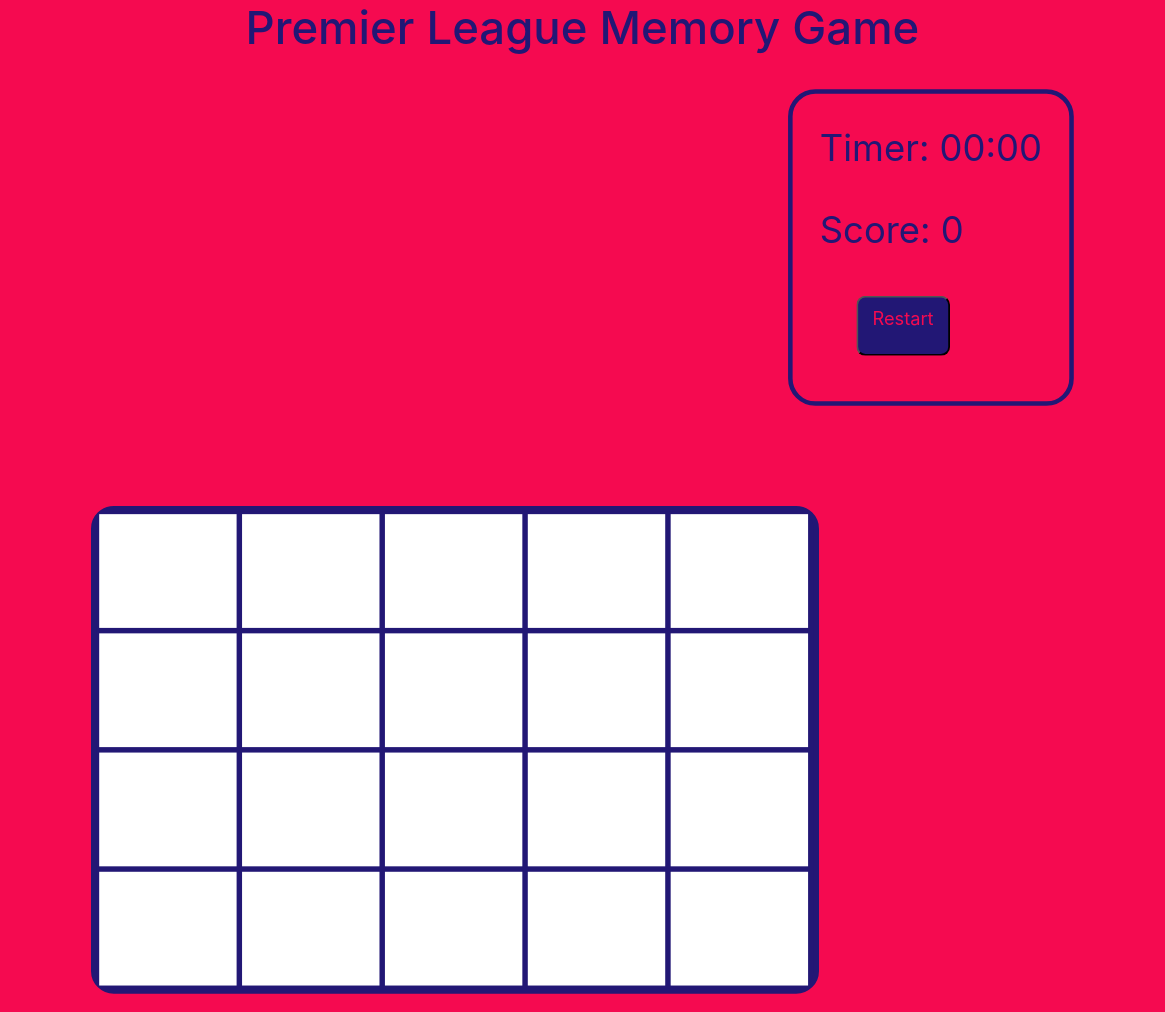
Repository: IchaTreasure/Premier-League-Memory-Game-
Page: index.html
The author's editor kept a record of every edit. The page is drawn from the files as they stood at one moment, then again after the next edit.
The browser window is 1280 px wide. The pictures show the whole page, at 91% of full size.
Some web libraries are served in a nearby version.

Above is the page before.
Console error: TypeError: Cannot read properties of null (reading 'addEventListener')

### index.html
<!DOCTYPE html>
<html lang="en">

<head>
    <meta charset="UTF-8">
    <meta name="viewport" content="width=device-width, initial-scale=1.0">
    <meta http-equiv="X-UA-Compatible" content="ie=edge">

    <link rel="stylesheet" href="https://maxcdn.bootstrapcdn.com/bootstrap/4.1.3/css/bootstrap.min.css">
    <link rel="stylesheet" href="https://use.fontawesome.com/releases/v5.6.1/css/all.css" integrity="sha384-gfdkjb5BdAXd+lj+gudLWI+BXq4IuLW5IT+brZEZsLFm++aCMlF1V92rMkPaX4PP" crossorigin="anonymous">
    <link rel="stylesheet" href="https://stackpath.bootstrapcdn.com/bootstrap/4.3.1/css/bootstrap.min.css" type="text/css" />
    <link rel="stylesheet" href="https://stackpath.bootstrapcdn.com/font-awesome/4.7.0/css/font-awesome.min.css" type="text/css" />
    <link rel="stylesheet" href="https://cdnjs.cloudflare.com/ajax/libs/hover.css/2.3.1/css/hover-min.css" type="text/css" />
    <link href="https://fonts.googleapis.com/css?family=Roboto:400,700" rel="stylesheet">
    <link rel="canonical" href="https://getbootstrap.com/docs/4.3/examples/starter-template/">



    <link rel="stylesheet" href="styles.css" type="text/css" />
    <title>Premier League Memory Game</title>
</head>

<body>
    <!-- Title of the the game -->
    <h1 style="color: #221775; text-align: center; font-size: 50px;">
        Premier League Memory Game
    </h1>

    <!-- div for info about the current status of the game i.e time, score, flips -->
    <div class="game-info">

        <!-- div to show timer -->
        <div class="game-timer">
            <span>Timer:</span>
            <span>00:00</span>
        </div>

        <!-- div to show currnet score -->
        <div id="game-score">
        <span>Score:</span>
        <span>0</span>
        </div>

        <!-- div to reset the game -->
        <button class="reset-game btn-lg active">
       <p style="color: #f50a50;">Restart</p>
        </button>

    </div>

    <!-- div for the 4x5 Memory game -->
    <div id="game-container">

        <!-- div for the front and back images of the cards , coppied 20 time because its a 4x5 -->
        <div id="memory-card1" class="memory-card">
            <div id="back-card1" class="back-card">
                <img src="Images/manunited.jpg"></img>
            </div>
            <div id="front-card1" class="front-card">

            </div>
        </div>

        <!-- div for the front and back images of the cards , coppied 20 time because its a 4x5 -->
        <div id="memory-card2" class="memory-card">
            <div id="back-card2" class="back-card">
                <img src="Images/Mancity.png"></img>
            </div>
            <div id="front-card2" class="front-card">

            </div>
        </div>

        <!-- div for the front and back images of the cards , coppied 20 time because its a 4x5 -->
        <div id="memory-card3" class="memory-card">
            <div id="back-card3" class="back-card">
                <img src="Images/leicester.jpg"></img>
            </div>
            <div id="front-card3" class="front-card">

            </div>
        </div>

        <!-- div for the front and back images of the cards , coppied 20 time because its a 4x5 -->
        <div id="memory-card4" class="memory-card">
            <div id="back-card4" class="back-card">
                <img src="Images/Everton.png"></img>
            </div>
            <div id="front-card4" class="front-card">

            </div>
        </div>

        <!-- div for the front and back images of the cards , coppied 20 time because its a 4x5 -->
        <div id="memory-card5" class="memory-card">
            <div id="back-card5" class="back-card">
                <img src="Images/chelsea.png"></img>
            </div>
            <div id="front-card5" class="front-card">

            </div>
        </div>

        <!-- div for the front and back images of the cards , coppied 20 time because its a 4x5 -->
        <div id="memory-card6" class="memory-card">
            <div id="back-card6" class="back-card">
                <img src="Images/Watford.png"></img>
            </div>
            <div id="front-card6" class="front-card">

            </div>
        </div>

        <!-- div for the front and back images of the cards , coppied 20 time because its a 4x5 -->
        <div id="memory-card7" class="memory-card">
            <div id="back-card7" class="back-card">
                <img src="Images/west-ham.png"></img>
            </div>
            <div id="front-card7" class="front-card">

            </div>
        </div>

        <!-- div for the front and back images of the cards , coppied 20 time because its a 4x5 -->
        <div id="memory-card8" class="memory-card">
            <div id="back-card8" class="back-card">
                <img src="Images/bournemouth.jpg"></img>
            </div>
            <div id="front-card8" class="front-card">

            </div>
        </div>

        <!-- div for the front and back images of the cards , coppied 20 time because its a 4x5 -->
        <div id="memory-card9" class="memory-card">
            <div id="back-card9" class="back-card">
                <img src="Images/Burnley.png"></img>
            </div>
            <div id="front-card9" class="front-card">

            </div>
        </div>

        <!-- div for the front and back images of the cards , coppied 20 time because its a 4x5 -->
        <div id="memory-card10" class="memory-card">
            <div id="back-card10" class="back-card">
                <img src="Images/crystal_pal.png"></img>
            </div>
            <div id="front-card10" class="front-card">

            </div>
        </div>

        <!-- div for the front and back images of the cards , coppied 20 time because its a 4x5 -->
        <div id="memory-card11" class="memory-card">
            <div id="back-card11" class="back-card">
                <img src="Images/manunited.jpg"></img>
            </div>
            <div id="front-card11" class="front-card">

            </div>
        </div>

        <!-- div for the front and back images of the cards , coppied 20 time because its a 4x5 -->
        <div id="memory-card12" class="memory-card">
            <div id="back-card12" class="back-card">
                <img src="Images/Watford.png"></img>
            </div>
            <div id="front-card12" class="front-card">

            </div>
        </div>

        <!-- div for the front and back images of the cards , coppied 20 time because its a 4x5 -->
        <div id="memory-card13" class="memory-card">
            <div id="back-card13" class="back-card">
                <img src="Images/Burnley.png"></img>
            </div>
            <div id="front-card13" class="front-card">

            </div>
        </div>

        <!-- div for the front and back images of the cards , coppied 20 time because its a 4x5 -->
        <div id="memory-card14" class="memory-card">
            <div id="back-card14" class="back-card">
                <img src="Images/west-ham.png"></img>
            </div>
            <div id="front-card14" class="front-card">

            </div>
        </div>

        <!-- div for the front and back images of the cards , coppied 20 time because its a 4x5 -->
        <div id="memory-card15" class="memory-card">
            <div id="back-card15" class="back-card">
                <img src="Images/chelsea.png"></img>
            </div>
           <div id="front-card15" class="front-card">

            </div>
        </div>

        <!-- div for the front and back images of the cards , coppied 20 time because its a 4x5 -->
        <div id="memory-card16" class="memory-card">
            <div id="back-card16" class="back-card">
                <img src="Images/bournemouth.jpg"></img>
            </div>
            <div id="front-card16" class="front-card">

            </div>
        </div>

        <!-- div for the front and back images of the cards , coppied 20 time because its a 4x5 -->
        <div id="memory-card17" class="memory-card">
            <div id="back-card17" class="back-card">
                <img src="Images/leicester.jpg"></img>
            </div>
            <div id="front-card17" class="front-card">

            </div>
        </div>

        <!-- div for the front and back images of the cards , coppied 20 time because its a 4x5 -->
        <div id="memory-card18" class="memory-card">
            <div id="back-card18" class="back-card">
                <img src="Images/crystal_pal.png"></img>
            </div>
            <div id="front-card18" class="front-card">

            </div>
        </div>

        <!-- div for the front and back images of the cards , coppied 20 time because its a 4x5 -->
        <div id="memory-card19" class="memory-card">
            <div id="back-card19" class="back-card">
                <img src="Images/Mancity.png"></img>
            </div>
            <div id="front-card19" class="front-card">

            </div>
        </div>

        <!-- div for the front and back images of the cards , coppied 20 time because its a 4x5 -->
        <div id="memory-card20" class="memory-card">
            <div id="back-card20" class="back-card">
                <img src="Images/Everton.png"></img>
            </div>
            <div id="front-card20" class="front-card">

            </div>
        </div>

    </div>

<script type="text/javascript" src="script.js"></script>

    <script src="https://code.jquery.com/jquery-3.3.1.slim.min.js" integrity="sha384-q8i/X+965DzO0rT7abK41JStQIAqVgRVzpbzo5smXKp4YfRvH+8abtTE1Pi6jizo" crossorigin="anonymous"></script>
    <script src="https://cdnjs.cloudflare.com/ajax/libs/popper.js/1.14.7/umd/popper.min.js" integrity="sha384-UO2eT0CpHqdSJQ6hJty5KVphtPhzWj9WO1clHTMGa3JDZwrnQq4sF86dIHNDz0W1" crossorigin="anonymous"></script>
    <script src="https://stackpath.bootstrapcdn.com/bootstrap/4.3.1/js/bootstrap.min.js" integrity="sha384-JjSmVgyd0p3pXB1rRibZUAYoIIy6OrQ6VrjIEaFf/nJGzIxFDsf4x0xIM+B07jRM" crossorigin="anonymous"></script>

</body>

</html>

### styles.css
* {
  padding: 0;
  margin: 0;
  box-sizing: border-box;
  user-select: none;
}

body {
  background: #f50a50;
}

/* currnent status of the game stying */
.game-info {
  float: right;
	font-size: 40px;
	color: #221775;
	margin-top: 30px;
	margin-bottom: 100px;
	margin-right: 100px;
	margin-left: 100px;
	border: 5px solid #221775;
	border-radius: 30px;
}

/* Space between the timer and score */
#game-score{
	margin: 30px;
}
.game-timer{
  margin: 30px;
}

.reset-game {
  background-color: #221775;
	margin-bottom: 50px;
	margin-left: 70px;
	border-radius: 10px;
}

#game-container {
  float: left;
	width: 800px;
	height: auto;
	margin: 10px 20px 20px 100px;
	border: 6px solid #221775;
	background-color: #221775;
	border-radius: 25px;
}

img {
	width: 120px;
	height: 110px;
}

.memory-card{
  width: 151px;
	height: 125px;
	display: inline-block;
	float: left;
	margin: 3px;
	padding: 10px;
	background-color: white;
}

.front-card {
	position: absolute;
	width: 150px;
	height: 125px;
	margin: 0;
	transform: rotateY(0deg);
	transition: transform 0.5s linear 0s;
	backface-visibility: hidden;

}

.back-card {
	position: absolute;
	width: 150px;
	height: 125px;
	transform: rotateY(180deg);
	transition: transform 0.5s linear 0s;
	backface-visibility: hidden;
}

### script.js
//retriving the the classes of the game, timer, score and reset
var gamecontainer = document.getElementById("game-container");
var gametimer = document.getElementsByClassName("game-timer");
var gamescore = document.getElementById("game-score");
var resetgame = document.getElementsByClassName("reset-game");

var cardChecked = 0;
var cardNumber; // id of which card was clicked

var frontcard;
var backcard;

var endgame = false;

var cardIndex = [0, 0, 0, 0, 0, 0, 0, 0, 0, 0, 0, 0, 0, 0, 0, 0, 0, 0, 0, 0];

var cardTextRecord = [];

var cardRecord = [];

var numberOfFlips = 0;

var scoreCounter = 0;

//Fliping the cards
//gamecontainer.addEventListener("click", function(e) { // Listening for click
document.getElementById("game-container").addEventListener("click", function(e) { // Listening for click
	var targetElement = e.target.parentElement; //finding out which element was clicked and the parent of that elemnt
	var numId = targetElement.id;
	if (Number.isInteger(parseInt(numId.replace("back-card", ""), 10))) {
		cardClicked(targetElement.parentElement.id);
	}
	else {
		cardClicked(numId);
	}
});


function cardClicked(cardId) {
	cardNumber = cardId.replace("memory-card", "");
	cardNumber = parseInt(cardNumber, 10);

	if (cardIndex[cardNumber - 1] == 0 && cardChecked == 0 && endgame == false) {

		//frontcard = document.getElementById("front-card" + cardNumber);
		//backcard = document.getElementById("back-card" + cardNumber);
		document.getElementById("front-card" + cardNumber).style.transform = "rotateY(-180deg)";
		document.getElementById("back-card" + cardNumber).style.transform = "rotateY(0deg)";

		cardTextRecord.push(document.getElementById("back-card" + cardNumber).innerHTML);
		cardRecord.push(cardNumber);

		numberOfFlips++;
		cardIndex[cardNumber - 1] = 1;

		if (numberOfFlips == 2) {
			if (cardTextRecord[0] == cardTextRecord[1]) {
				scoreCounter++;
				//gamescore.innerHTML = "Score: " + scoreCounter;
				document.getElementById("game-score").innerHTML = "Score: " + scoreCounter;
				cardTextRecord = [];
				cardRecord = [];

				numberOfFlips = 0;

				if (scoreCounter == 10) {
					clearTimeout();
					setTimeout(function() { showScore(); }, 600);
				}
				return;
			}
			else {
				cardChecked = 1;
				setTimeout(function() { unFlip(); }, 600);
				return;
			}
		}
	}

	if (endgame == true) {
		alert("Game Over, click reset to reshuffle the Board");
	}
}

function unFlip() {
	document.getElementById("front-card" + cardRecord[0]).style.transform = "rotateY(0deg)";
	document.getElementById("back-card" + cardRecord[0]).style.transform = "rotateY(180deg)";
	document.getElementById("front-card" + cardRecord[1]).style.transform = "rotateY(0deg)";
	document.getElementById("back-card" + cardRecord[1]).style.transform = "rotateY(180deg)";

	cardIndex[cardRecord[0] - 1] = 0;
	cardIndex[cardRecord[1] - 1] = 0;
	cardTextRecord = [];
	cardRecord = [];
	numberOfFlips = 0;
	cardChecked = 0;
}

function showScore() {
	endgame = true;

	if (scoreCounter == 10) {
		alert("Congratulations! You won! Your Score is " + scoreCounter);
	}
	else {
		alert("Sorry!!!! You Lost Your score is " + scoreCounter);

	}
}

document.getElementById("reset-game").addEventListener("click", startNewGame);

function startNewGame() {
	window.location.reload();
}

After the next edit:
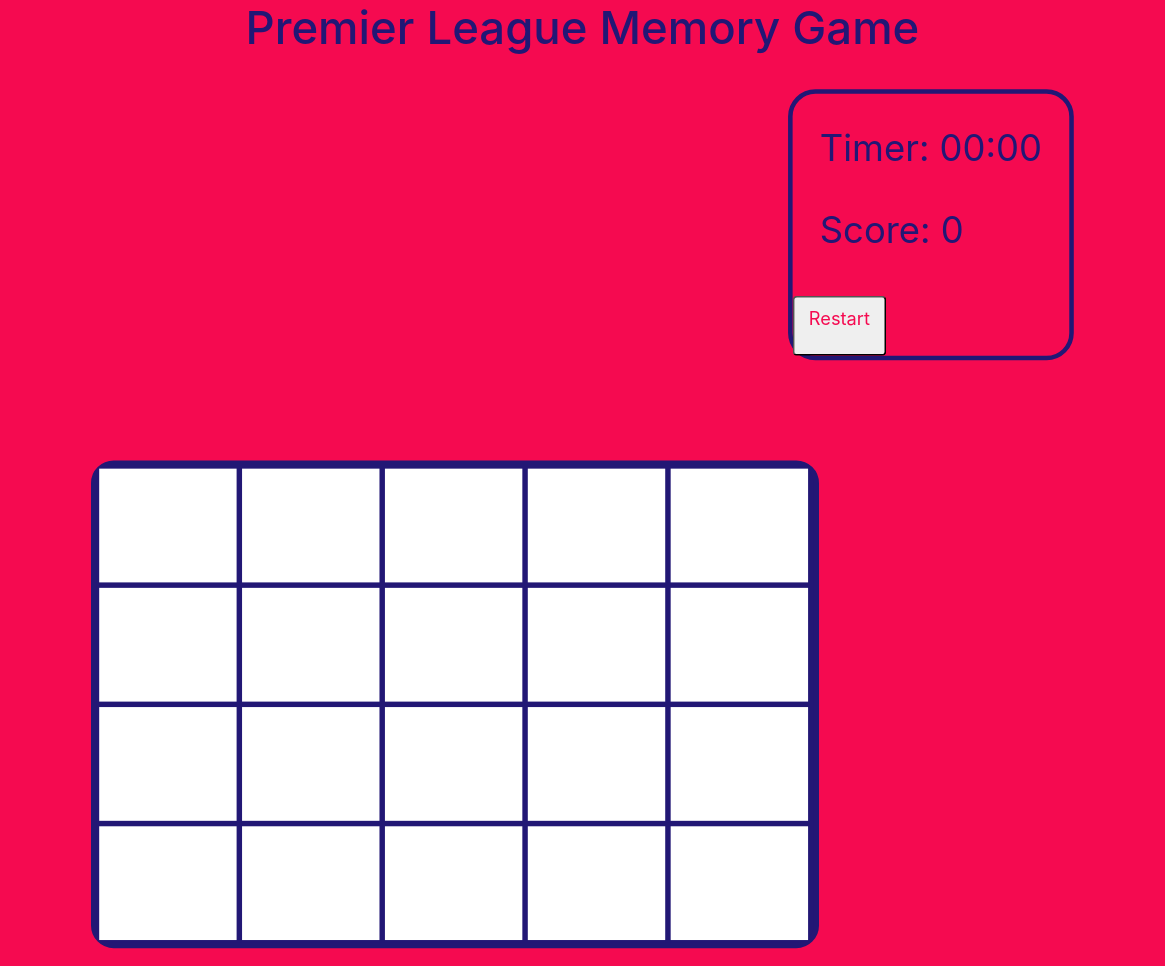
The edit:
--- a/styles.css
+++ b/styles.css
@@ -30,7 +30,7 @@
   margin: 30px;
 }
 
-.reset-game {
+#reset-game {
   background-color: #221775;
 	margin-bottom: 50px;
 	margin-left: 70px;

After the edit that followed:
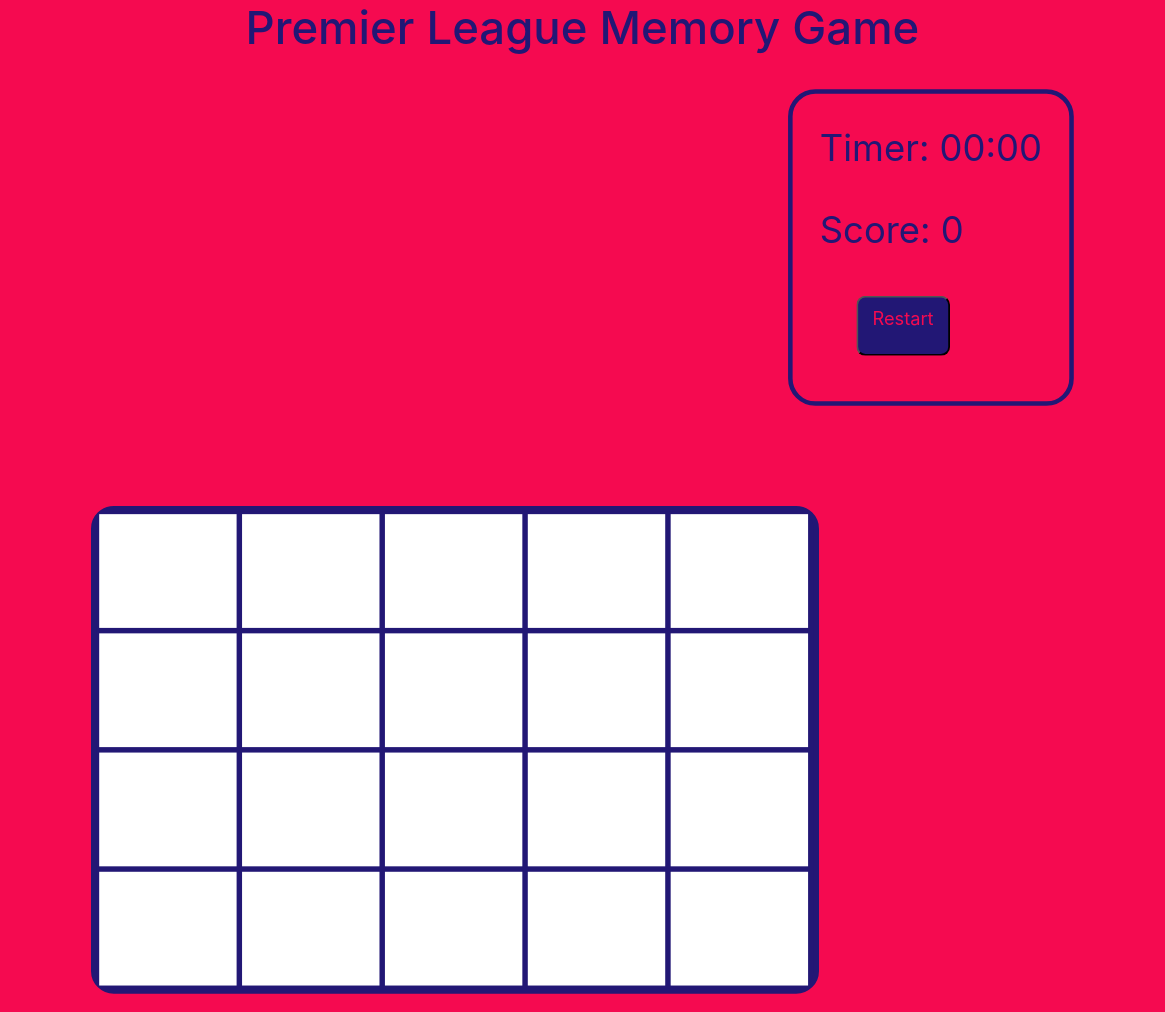
The error is gone.
The edit:
--- a/index.html
+++ b/index.html
@@ -42,7 +42,7 @@
         </div>
 
         <!-- div to reset the game -->
-        <button class="reset-game btn-lg active">
+        <button id="reset-game" class = "btn-lg active">
        <p style="color: #f50a50;">Restart</p>
         </button>
 
